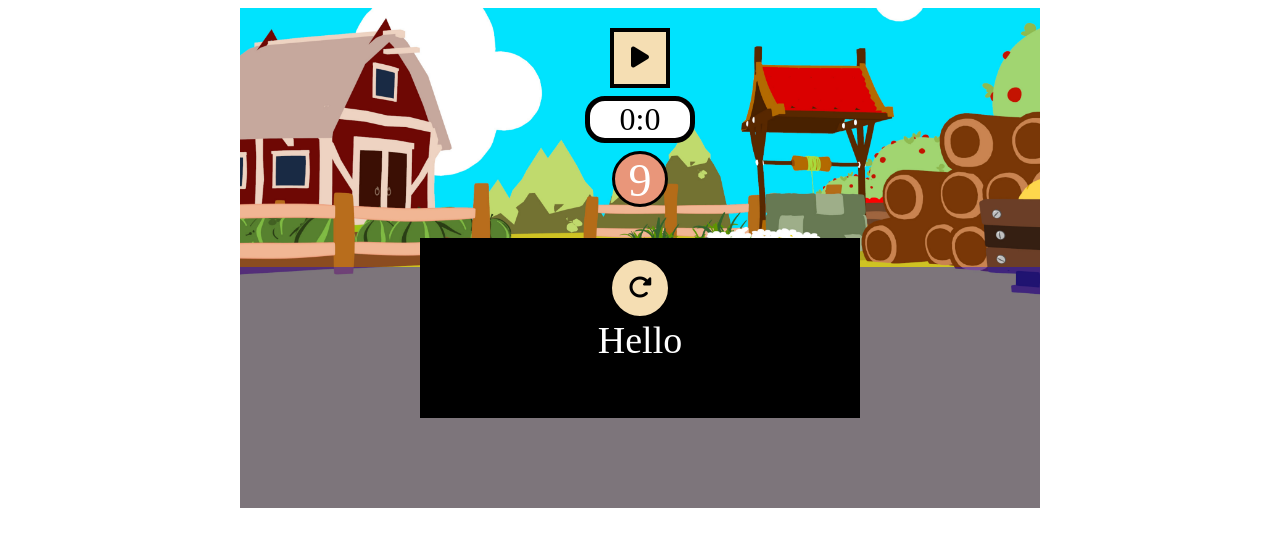
Repository: yoon-dh/JS_Prac
Page: carrot_game/index.html
These files come from the project's save history. The page is drawn as it stood at one moment and after the next save; the edit follows.
The browser window is 1280 px wide. The pictures show the whole page.
Some web libraries are served in a nearby version.

Above is the page before, as saved 2023-06-23 21:54:19.

After the next save:
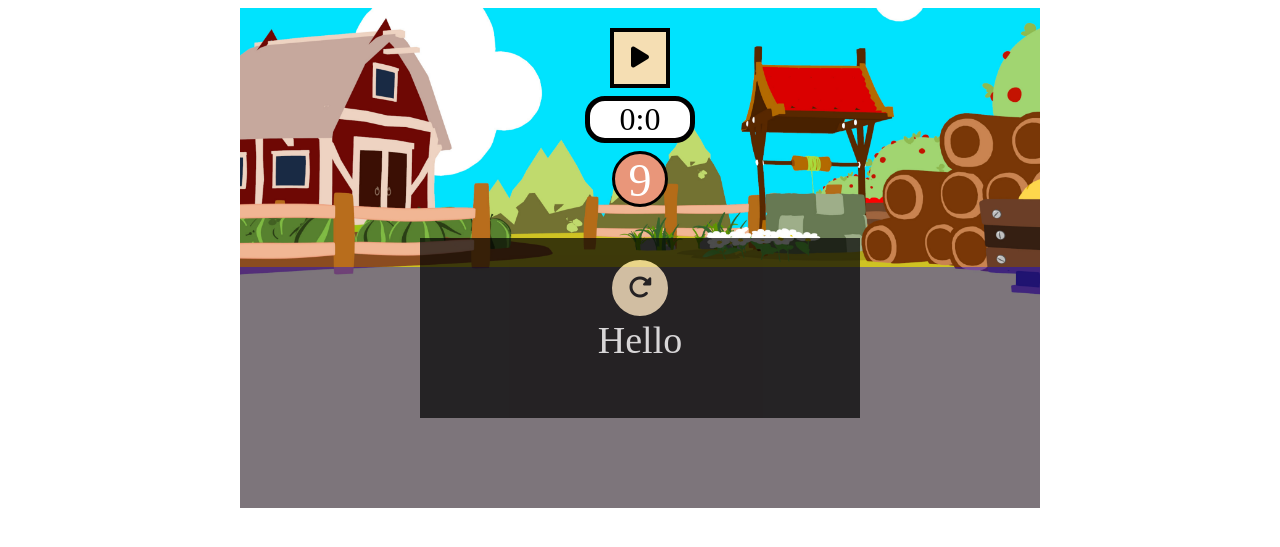
Saved 22 s later.
--- a/carrot_game/style.css
+++ b/carrot_game/style.css
@@ -75,6 +75,7 @@ body {
   padding: 20px;
   margin: auto;
   background-color: black;
+  opacity: 0.7;
   color: white;
   text-align: center;
   transform: translateY(-150%);
